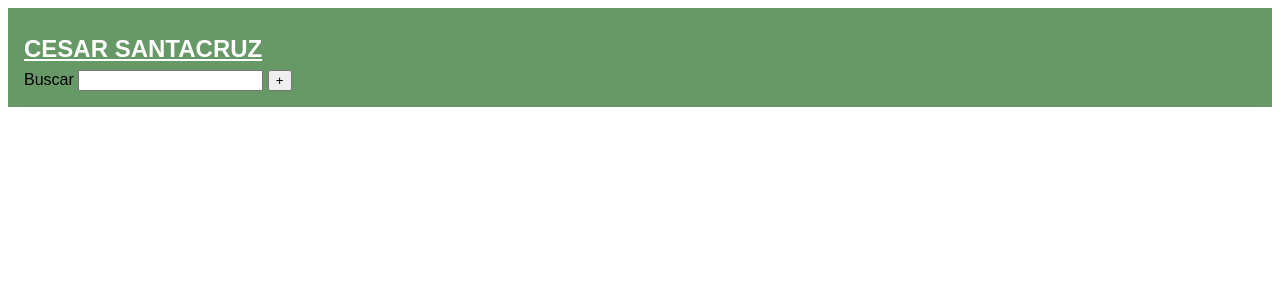
Repository: cesarsant0203/My_Study
Page: Introducción al desarrollo web/2-Css/2.7-colores_en_css3.html
An editor plug-in stored every save of this project. The page is shown before and after a run of saves, followed by the edit.
The browser window is 1280 px wide. The pictures show the whole page.

Above is the page before, as saved 2020-04-29 09:54:28.

After the next 2 saves:
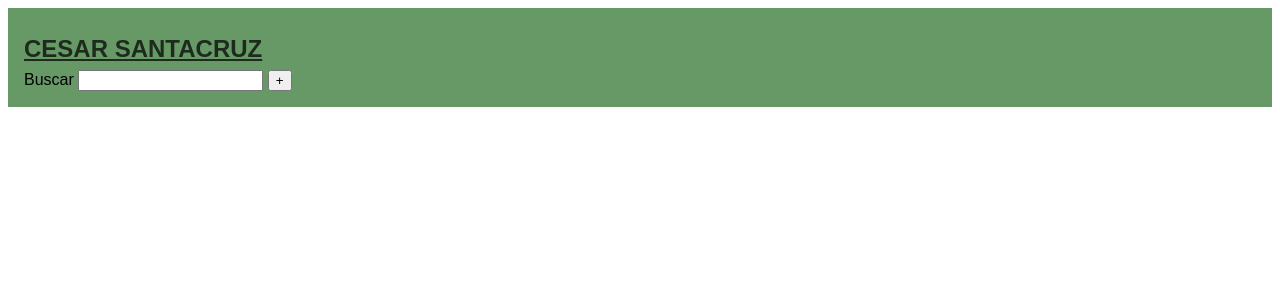
The 2 saves are shown as one change because they came seconds apart.
The last was saved 13 s later.
--- a/Introducción al desarrollo web/2-Css/2.7-colores_en_css3.css
+++ b/Introducción al desarrollo web/2-Css/2.7-colores_en_css3.css
@@ -13,6 +13,6 @@ h1 {
 a{
     font-size: 24px;
     font-weight: bold;
-    color: white;
+    color: rgba(0, 0, 0, 0.719);
 
 }
